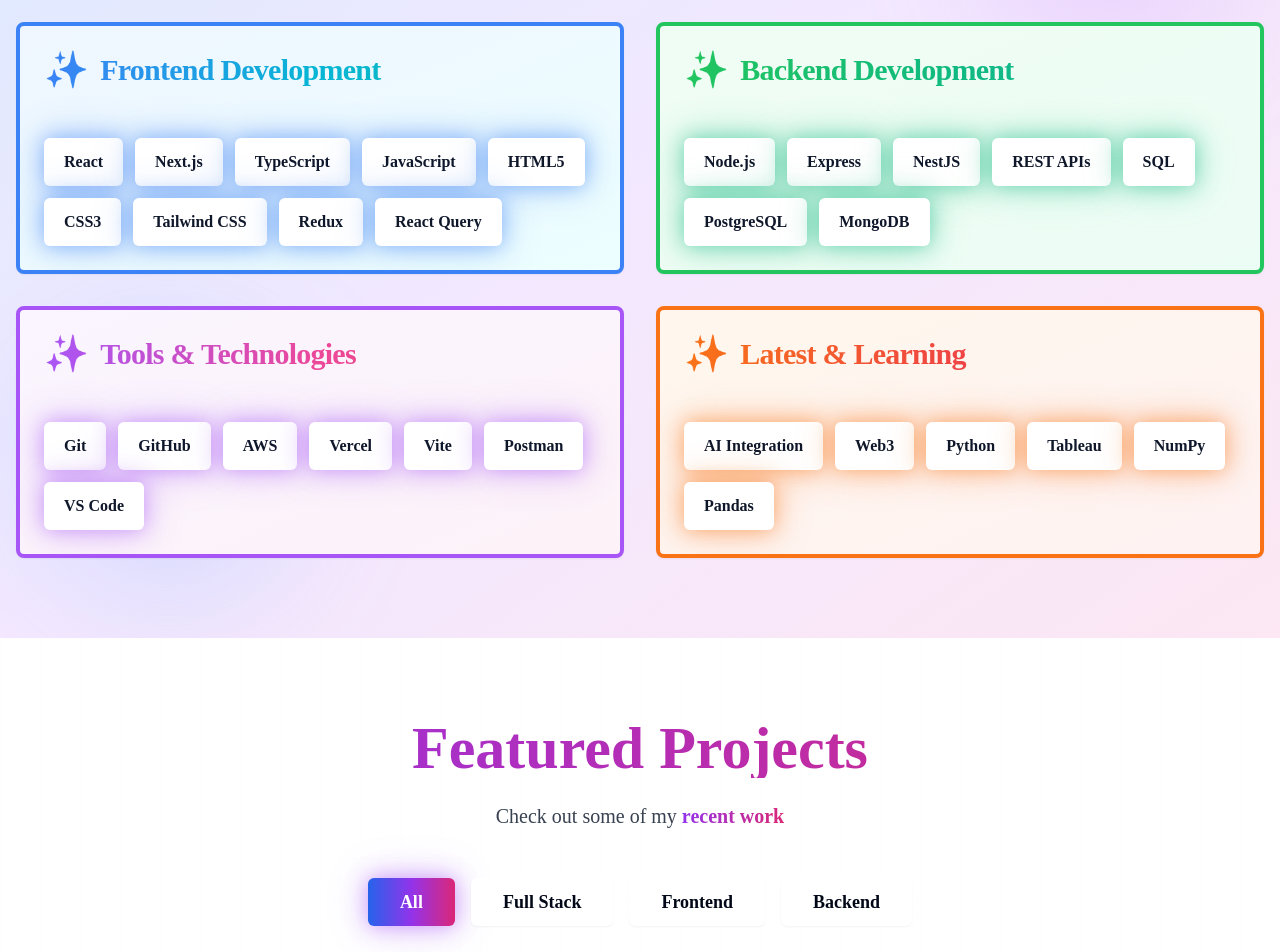
Repository: sm6746/PORTFOLIO
Page: /
An editor plug-in stored every save of this project. The page is shown before and after a run of saves, followed by the edit.
The browser window is 1280 px wide. The pictures show the part of the page from y = 1903 to 2855 px (the page is 8297 px tall).
The project was rebuilt for these pictures with package versions that can differ from the ones it lists, and the page was loaded fresh each time. Also part of the build but not shown: vite.config.ts.

Above is the page before, as saved 2025-11-06 21:18:02.

### index.html
<!DOCTYPE html>
<html lang="en">
  <head>
    <meta charset="UTF-8" />
    <link rel="icon" type="image/svg+xml" href="/favicon.svg" />
    <meta name="viewport" content="width=device-width, initial-scale=1.0" />
    <title>Portfolio</title>
  </head>
  <body>
    <div id="root"></div>
    <script type="module" src="/app/main.tsx"></script>
  </body>
</html>

### app/main.tsx
import React from 'react'
import ReactDOM from 'react-dom/client'
import App from './app'
import './globals.css'

ReactDOM.createRoot(document.getElementById('root')!).render(
  <React.StrictMode>
    <App />
  </React.StrictMode>,
)

### app/app.tsx
import { ThemeProvider } from '@/lib/theme-context';
import { Header } from '@/components/header';
import { HeroSection } from '@/components/hero-section';
import { AboutSection } from '@/components/about-section';
import { SkillsSection } from '@/components/skills-section';
import { ProjectsSection } from '@/components/projects-section';
import { ExperienceSection } from '@/components/experience-section';
import { CertificationsSection } from '@/components/certifications-section';
import { ContactSection } from '@/components/contact-section';
import { Footer } from '@/components/footer';
import { ScrollToTop } from '@/components/scroll-to-top';

function App() {
  return (
    <ThemeProvider>
      <div className="min-h-screen bg-white dark:bg-gray-900 transition-colors duration-300">
        <Header />
        <main>
          <HeroSection />
          <AboutSection />
          <SkillsSection />
          <ProjectsSection />
          <ExperienceSection />
          <CertificationsSection />
          <ContactSection />
        </main>
        <Footer />
        <ScrollToTop />
      </div>
    </ThemeProvider>
  );
}

export default App;

### app/globals.css
@tailwind base;
@tailwind components;
@tailwind utilities;

@layer base {
  :root {
    --background: 0 0% 100%;
    --foreground: 222.2 84% 4.9%;
    --card: 0 0% 100%;
    --card-foreground: 222.2 84% 4.9%;
    --popover: 0 0% 100%;
    --popover-foreground: 222.2 84% 4.9%;
    --primary: 221.2 83.2% 53.3%;
    --primary-foreground: 210 40% 98%;
    --secondary: 210 40% 96.1%;
    --secondary-foreground: 222.2 47.4% 11.2%;
    --muted: 210 40% 96.1%;
    --muted-foreground: 215.4 16.3% 46.9%;
    --accent: 210 40% 96.1%;
    --accent-foreground: 222.2 47.4% 11.2%;
    --destructive: 0 84.2% 60.2%;
    --destructive-foreground: 210 40% 98%;
    --border: 214.3 31.8% 91.4%;
    --input: 214.3 31.8% 91.4%;
    --ring: 221.2 83.2% 53.3%;
    --radius: 0.5rem;
  }

  .dark {
    --background: 222.2 84% 4.9%;
    --foreground: 210 40% 98%;
    --card: 222.2 84% 4.9%;
    --card-foreground: 210 40% 98%;
    --popover: 222.2 84% 4.9%;
    --popover-foreground: 210 40% 98%;
    --primary: 217.2 91.2% 59.8%;
    --primary-foreground: 222.2 47.4% 11.2%;
    --secondary: 217.2 32.6% 17.5%;
    --secondary-foreground: 210 40% 98%;
    --muted: 217.2 32.6% 17.5%;
    --muted-foreground: 215 20.2% 65.1%;
    --accent: 217.2 32.6% 17.5%;
    --accent-foreground: 210 40% 98%;
    --destructive: 0 62.8% 30.6%;
    --destructive-foreground: 210 40% 98%;
    --border: 217.2 32.6% 17.5%;
    --input: 217.2 32.6% 17.5%;
    --ring: 224.3 76.3% 48%;
  }
}

@layer base {
  * {
    @apply border-border;
  }
  body {
    @apply bg-background text-foreground;
  }
}

@layer utilities {
  .bg-grid-pattern {
    background-image: linear-gradient(to right, rgba(0, 0, 0, 0.1) 1px, transparent 1px),
      linear-gradient(to bottom, rgba(0, 0, 0, 0.1) 1px, transparent 1px);
    background-size: 20px 20px;
  }

  .glow-blue {
    box-shadow: 0 0 20px rgba(59, 130, 246, 0.5), 0 0 40px rgba(59, 130, 246, 0.3);
  }

  .glow-purple {
    box-shadow: 0 0 20px rgba(168, 85, 247, 0.5), 0 0 40px rgba(168, 85, 247, 0.3);
  }

  .glow-pink {
    box-shadow: 0 0 20px rgba(236, 72, 153, 0.5), 0 0 40px rgba(236, 72, 153, 0.3);
  }

  .glow-green {
    box-shadow: 0 0 20px rgba(16, 185, 129, 0.5), 0 0 40px rgba(16, 185, 129, 0.3);
  }

  .glow-orange {
    box-shadow: 0 0 20px rgba(249, 115, 22, 0.5), 0 0 40px rgba(249, 115, 22, 0.3);
  }

  @keyframes float {
    0%, 100% { transform: translateY(0px); }
    50% { transform: translateY(-20px); }
  }

  .animate-float {
    animation: float 3s ease-in-out infinite;
  }

  @keyframes gradient-shift {
    0%, 100% { background-position: 0% 50%; }
    50% { background-position: 100% 50%; }
  }

  .animate-gradient {
    background-size: 200% 200%;
    animation: gradient-shift 3s ease infinite;
  }

  @keyframes pulse-glow {
    0%, 100% { box-shadow: 0 0 20px rgba(59, 130, 246, 0.4), 0 0 40px rgba(168, 85, 247, 0.2); }
    50% { box-shadow: 0 0 30px rgba(59, 130, 246, 0.6), 0 0 60px rgba(168, 85, 247, 0.4); }
  }

  .animate-pulse-glow {
    animation: pulse-glow 2s ease-in-out infinite;
  }
}

### lib/theme-context.tsx
import React, { createContext, useContext, useEffect, useState } from 'react';

type Theme = 'light' | 'dark';

type ThemeContextType = {
  theme: Theme;
  toggleTheme: () => void;
};

const ThemeContext = createContext<ThemeContextType | undefined>(undefined);

export function ThemeProvider({ children }: { children: React.ReactNode }) {
  const [theme, setTheme] = useState<Theme>(() => {
    const stored = localStorage.getItem('portfolio-theme');
    return (stored as Theme) || 'light';
  });

  useEffect(() => {
    localStorage.setItem('portfolio-theme', theme);
    document.documentElement.classList.toggle('dark', theme === 'dark');
  }, [theme]);

  const toggleTheme = () => {
    setTheme(prev => (prev === 'light' ? 'dark' : 'light'));
  };

  return (
    <ThemeContext.Provider value={{ theme, toggleTheme }}>
      {children}
    </ThemeContext.Provider>
  );
}

export function useTheme() {
  const context = useContext(ThemeContext);
  if (!context) {
    throw new Error('useTheme must be used within ThemeProvider');
  }
  return context;
}

### components/skills-section.tsx
import { Badge } from '@/components/ui/badge';
import { Card, CardContent, CardHeader, CardTitle } from '@/components/ui/card';
import { useScrollAnimation } from '@/hooks/use-scroll-animation';

export function SkillsSection() {
  const { ref, isVisible } = useScrollAnimation();

  const skillCategories = [
    {
      title: 'Frontend Development',
      color: 'from-blue-500 via-cyan-500 to-teal-500',
      bgColor: 'bg-gradient-to-br from-blue-50 to-cyan-50 dark:from-blue-950/50 dark:to-cyan-950/50',
      borderColor: 'border-blue-500',
      glowClass: 'glow-blue',
      skills: [
        'React', 'Next.js', 'TypeScript', 'JavaScript', 'HTML5', 'CSS3',
        'Tailwind CSS', 'Redux', 'React Query'
      ],
    },
    {
      title: 'Backend Development',
      color: 'from-green-500 via-emerald-500 to-teal-500',
      bgColor: 'bg-gradient-to-br from-green-50 to-emerald-50 dark:from-green-950/50 dark:to-emerald-950/50',
      borderColor: 'border-green-500',
      glowClass: 'glow-green',
      skills: [
        'Node.js', 'Express', 'NestJS', 'REST APIs', 'SQL',
        'PostgreSQL', 'MongoDB'
      ],
    },
    {
      title: 'Tools & Technologies',
      color: 'from-purple-500 via-pink-500 to-rose-500',
      bgColor: 'bg-gradient-to-br from-purple-50 to-pink-50 dark:from-purple-950/50 dark:to-pink-950/50',
      borderColor: 'border-purple-500',
      glowClass: 'glow-purple',
      skills: [
        'Git', 'GitHub', 'AWS', 'Vercel',
         'Vite', 'Postman', 'VS Code'
      ],
    },
    {
      title: 'Latest & Learning',
      color: 'from-orange-500 via-red-500 to-pink-500',
      bgColor: 'bg-gradient-to-br from-orange-50 to-red-50 dark:from-orange-950/50 dark:to-red-950/50',
      borderColor: 'border-orange-500',
      glowClass: 'glow-orange',
      skills: [
        'AI Integration', 'Web3','Python', 'Tableau', 'NumPy', 'Pandas'
      ],
    },
  ];

  return (
    <section
      id="skills"
      ref={ref as React.RefObject<HTMLElement>}
      className="py-20 bg-gradient-to-br from-blue-100 via-purple-100 to-pink-100 dark:from-gray-800 dark:via-purple-900/10 dark:to-blue-900/10 relative overflow-hidden"
    >
      <div className="absolute top-10 right-10 w-64 h-64 bg-purple-400/20 rounded-full blur-3xl"></div>
      <div className="absolute bottom-10 left-10 w-64 h-64 bg-blue-400/20 rounded-full blur-3xl"></div>

      <div className="container mx-auto px-4 relative z-10">
        <div
          className={`transition-all duration-1000 ${
            isVisible ? 'opacity-100 translate-y-0' : 'opacity-0 translate-y-10'
          }`}
        >
          <h2 className="text-5xl md:text-6xl font-extrabold text-center mb-6 bg-gradient-to-r from-blue-600 via-purple-600 to-pink-600 dark:from-blue-400 dark:via-purple-400 dark:to-pink-400 bg-clip-text text-transparent animate-gradient">
            Technical Skills
          </h2>
          <p className="text-center text-gray-700 dark:text-gray-300 mb-16 text-xl font-medium">
            Modern technologies I work with to build <span className="text-transparent bg-clip-text bg-gradient-to-r from-blue-600 to-purple-600 font-bold">amazing applications</span>
          </p>

          <div className="grid md:grid-cols-2 gap-8">
            {skillCategories.map((category, index) => (
              <Card
                key={index}
                className={`group hover:shadow-2xl transition-all duration-500 transform hover:-translate-y-3 hover:scale-105 border-4 ${category.borderColor} ${category.bgColor} overflow-hidden ${
                  isVisible ? 'opacity-100 translate-y-0' : 'opacity-0 translate-y-10'
                }`}
                style={{ transitionDelay: `${index * 150}ms` }}
              >
                <div className={`absolute inset-0 bg-gradient-to-br ${category.color} opacity-0 group-hover:opacity-10 transition-opacity duration-500`}></div>
                <CardHeader className="relative">
                  <CardTitle className={`text-3xl font-bold bg-gradient-to-r ${category.color} bg-clip-text text-transparent flex items-center gap-3`}>
                    <span className="text-4xl">✨</span>
                    {category.title}
                  </CardTitle>
                </CardHeader>
                <CardContent className="p-6 relative">
                  <div className="flex flex-wrap gap-3">
                    {category.skills.map((skill, skillIndex) => (
                      <Badge
                        key={skillIndex}
                        variant="secondary"
                        className={`px-5 py-3 text-base font-bold hover:scale-125 transition-all duration-300 cursor-pointer bg-white dark:bg-gray-800 hover:shadow-2xl border-3 hover:border-current transform hover:-rotate-3 ${category.glowClass}`}
                      >
                        {skill}
                      </Badge>
                    ))}
                  </div>
                </CardContent>
              </Card>
            ))}
          </div>
        </div>
      </div>
    </section>
  );
}

### components/footer.tsx
import { Github, Linkedin, Mail, Twitter } from 'lucide-react';
import { Button } from '@/components/ui/button';

export function Footer() {
  return (
    <footer className="py-12 bg-gray-900 text-white">
      <div className="container mx-auto px-4">
        <div className="flex flex-col items-center gap-6">
          <div className="text-3xl font-bold bg-gradient-to-r from-blue-400 to-purple-400 bg-clip-text text-transparent">
            SHIVANI MEHRA
          </div>
          <p className="text-gray-400 text-center max-w-md">
            Building the future, one line of code at a time. Let's create something amazing together.
          </p>
          <div className="flex gap-4">
            <Button
              variant="ghost"
              size="icon"
              className="rounded-full hover:bg-blue-600/20 text-gray-300 hover:text-white transition-all"
            >
              <Github className="h-5 w-5" />
            </Button>
            <Button
              variant="ghost"
              size="icon"
              className="rounded-full hover:bg-blue-600/20 text-gray-300 hover:text-white transition-all"
            >
              <Linkedin className="h-5 w-5" />
            </Button>
            <Button
              variant="ghost"
              size="icon"
              className="rounded-full hover:bg-blue-600/20 text-gray-300 hover:text-white transition-all"
            >
              <Twitter className="h-5 w-5" />
            </Button>
            <Button
              variant="ghost"
              size="icon"
              className="rounded-full hover:bg-blue-600/20 text-gray-300 hover:text-white transition-all"
            >
              <Mail className="h-5 w-5" />
            </Button>
          </div>
          <div className="border-t border-gray-800 pt-6 w-full text-center">
            <p className="text-gray-500 text-sm">

            </p>
          </div>
        </div>
      </div>
    </footer>
  );
}

### components/scroll-to-top.tsx
import { Button } from '@/components/ui/button';
import { ArrowUp } from 'lucide-react';
import { useEffect, useState } from 'react';

export function ScrollToTop() {
  const [isVisible, setIsVisible] = useState(false);

  useEffect(() => {
    const toggleVisibility = () => {
      setIsVisible(window.scrollY > 500);
    };

    window.addEventListener('scroll', toggleVisibility);
    return () => window.removeEventListener('scroll', toggleVisibility);
  }, []);

  const scrollToTop = () => {
    window.scrollTo({ top: 0, behavior: 'smooth' });
  };

  if (!isVisible) return null;

  return (
    <Button
      onClick={scrollToTop}
      size="icon"
      className="fixed bottom-8 right-8 z-50 rounded-full shadow-lg bg-gradient-to-r from-blue-600 to-purple-600 hover:from-blue-700 hover:to-purple-700 animate-bounce"
    >
      <ArrowUp className="h-5 w-5" />
    </Button>
  );
}

### components/ui/button.tsx
import * as React from "react"
import { Slot } from "@radix-ui/react-slot"
import { cva, type VariantProps } from "class-variance-authority"

import { cn } from "@/lib/utlis"

const buttonVariants = cva(
  "inline-flex items-center justify-center gap-2 whitespace-nowrap rounded-md text-sm font-medium transition-colors focus-visible:outline-none focus-visible:ring-1 focus-visible:ring-ring disabled:pointer-events-none disabled:opacity-50 [&_svg]:pointer-events-none [&_svg]:size-4 [&_svg]:shrink-0",
  {
    variants: {
      variant: {
        default:
          "bg-primary text-primary-foreground shadow hover:bg-primary/90",
        destructive:
          "bg-destructive text-destructive-foreground shadow-sm hover:bg-destructive/90",
        outline:
          "border border-input bg-background shadow-sm hover:bg-accent hover:text-accent-foreground",
        secondary:
          "bg-secondary text-secondary-foreground shadow-sm hover:bg-secondary/80",
        ghost: "hover:bg-accent hover:text-accent-foreground",
        link: "text-primary underline-offset-4 hover:underline",
      },
      size: {
        default: "h-9 px-4 py-2",
        sm: "h-8 rounded-md px-3 text-xs",
        lg: "h-10 rounded-md px-8",
        icon: "h-9 w-9",
      },
    },
    defaultVariants: {
      variant: "default",
      size: "default",
    },
  }
)

export interface ButtonProps
  extends React.ButtonHTMLAttributes<HTMLButtonElement>,
    VariantProps<typeof buttonVariants> {
  asChild?: boolean
}

const Button = React.forwardRef<HTMLButtonElement, ButtonProps>(
  ({ className, variant, size, asChild = false, ...props }, ref) => {
    const Comp = asChild ? Slot : "button"
    return (
      <Comp
        className={cn(buttonVariants({ variant, size, className }))}
        ref={ref}
        {...props}
      />
    )
  }
)
Button.displayName = "Button"

export { Button, buttonVariants }

### hooks/use-scroll-animation.ts
import { useEffect, useRef, useState } from 'react';

export function useScrollAnimation() {
  const ref = useRef<HTMLElement>(null);
  const [isVisible, setIsVisible] = useState(false);

  useEffect(() => {
    const observer = new IntersectionObserver(
      ([entry]) => {
        if (entry.isIntersecting) {
          setIsVisible(true);
        }
      },
      { threshold: 0.1 }
    );

    if (ref.current) {
      observer.observe(ref.current);
    }

    return () => {
      if (ref.current) {
        observer.unobserve(ref.current);
      }
    };
  }, []);

  return { ref, isVisible };
}

### components/ui/card.tsx
import * as React from "react"

import { cn } from "@/lib/utlis"

const Card = React.forwardRef<
  HTMLDivElement,
  React.HTMLAttributes<HTMLDivElement>
>(({ className, ...props }, ref) => (
  <div
    ref={ref}
    className={cn(
      "rounded-lg border bg-card text-card-foreground shadow-sm",
      className,
    )}
    {...props}
  />
))
Card.displayName = "Card"

const CardHeader = React.forwardRef<
  HTMLDivElement,
  React.HTMLAttributes<HTMLDivElement>
>(({ className, ...props }, ref) => (
  <div
    ref={ref}
    className={cn("flex flex-col space-y-1.5 p-6", className)}
    {...props}
  />
))
CardHeader.displayName = "CardHeader"

const CardTitle = React.forwardRef<
  HTMLParagraphElement,
  React.HTMLAttributes<HTMLHeadingElement>
>(({ className, ...props }, ref) => (
  <h3
    ref={ref}
    className={cn(
      "text-2xl font-semibold leading-none tracking-tight",
      className,
    )}
    {...props}
  />
))
CardTitle.displayName = "CardTitle"

const CardDescription = React.forwardRef<
  HTMLParagraphElement,
  React.HTMLAttributes<HTMLParagraphElement>
>(({ className, ...props }, ref) => (
  <p
    ref={ref}
    className={cn("text-sm text-muted-foreground", className)}
    {...props}
  />
))
CardDescription.displayName = "CardDescription"

const CardContent = React.forwardRef<
  HTMLDivElement,
  React.HTMLAttributes<HTMLDivElement>
>(({ className, ...props }, ref) => (
  <div ref={ref} className={cn("p-6 pt-0", className)} {...props} />
))
CardContent.displayName = "CardContent"

const CardFooter = React.forwardRef<
  HTMLDivElement,
  React.HTMLAttributes<HTMLDivElement>
>(({ className, ...props }, ref) => (
  <div
    ref={ref}
    className={cn("flex items-center p-6 pt-0", className)}
    {...props}
  />
))
CardFooter.displayName = "CardFooter"

export { Card, CardHeader, CardFooter, CardTitle, CardDescription, CardContent }

### components/ui/badge.tsx
import * as React from "react"
import { cva, type VariantProps } from "class-variance-authority"

import { cn } from "@/lib/utlis"

const badgeVariants = cva(
  "inline-flex items-center rounded-md border px-2.5 py-0.5 text-xs font-semibold transition-colors focus:outline-none focus:ring-2 focus:ring-ring focus:ring-offset-2",
  {
    variants: {
      variant: {
        default:
          "border-transparent bg-primary text-primary-foreground shadow hover:bg-primary/80",
        secondary:
          "border-transparent bg-secondary text-secondary-foreground hover:bg-secondary/80",
        destructive:
          "border-transparent bg-destructive text-destructive-foreground shadow hover:bg-destructive/80",
        outline: "text-foreground",
      },
    },
    defaultVariants: {
      variant: "default",
    },
  }
)

export interface BadgeProps
  extends React.HTMLAttributes<HTMLDivElement>,
    VariantProps<typeof badgeVariants> {}

function Badge({ className, variant, ...props }: BadgeProps) {
  return (
    <div className={cn(badgeVariants({ variant }), className)} {...props} />
  )
}

export { Badge, badgeVariants }

### components/ui/input.tsx
import * as React from "react"

import { cn } from "@/lib/utlis"

const Input = React.forwardRef<HTMLInputElement, React.ComponentProps<"input">>(
  ({ className, type, ...props }, ref) => {
    return (
      <input
        type={type}
        className={cn(
          "flex h-9 w-full rounded-md border border-input bg-transparent px-3 py-1 text-base shadow-sm transition-colors file:border-0 file:bg-transparent file:text-sm file:font-medium file:text-foreground placeholder:text-muted-foreground focus-visible:outline-none focus-visible:ring-1 focus-visible:ring-ring disabled:cursor-not-allowed disabled:opacity-50 md:text-sm",
          className
        )}
        ref={ref}
        {...props}
      />
    )
  }
)
Input.displayName = "Input"

export { Input }

### components/ui/textarea.tsx
import * as React from "react"

import { cn } from "@/lib/utlis"

const Textarea = React.forwardRef<
  HTMLTextAreaElement,
  React.ComponentProps<"textarea">
>(({ className, ...props }, ref) => {
  return (
    <textarea
      className={cn(
        "flex min-h-[60px] w-full rounded-md border border-input bg-transparent px-3 py-2 text-base shadow-sm placeholder:text-muted-foreground focus-visible:outline-none focus-visible:ring-1 focus-visible:ring-ring disabled:cursor-not-allowed disabled:opacity-50 md:text-sm",
        className
      )}
      ref={ref}
      {...props}
    />
  )
})
Textarea.displayName = "Textarea"

export { Textarea }

Loaded but not shown: lib/utlis.tsx (common file); tailwind.config.js (62 lines, source omitted); components/projects-section.tsx (180 lines, source omitted); components/contact-section.tsx (144 lines, source omitted); components/experience-section.tsx (143 lines, source omitted); components/certifications-section.tsx (150 lines, source omitted); components/about-section.tsx (79 lines, source omitted); components/hero-section.tsx (100 lines, source omitted); components/header.tsx (82 lines, source omitted)

After the next 2 saves:
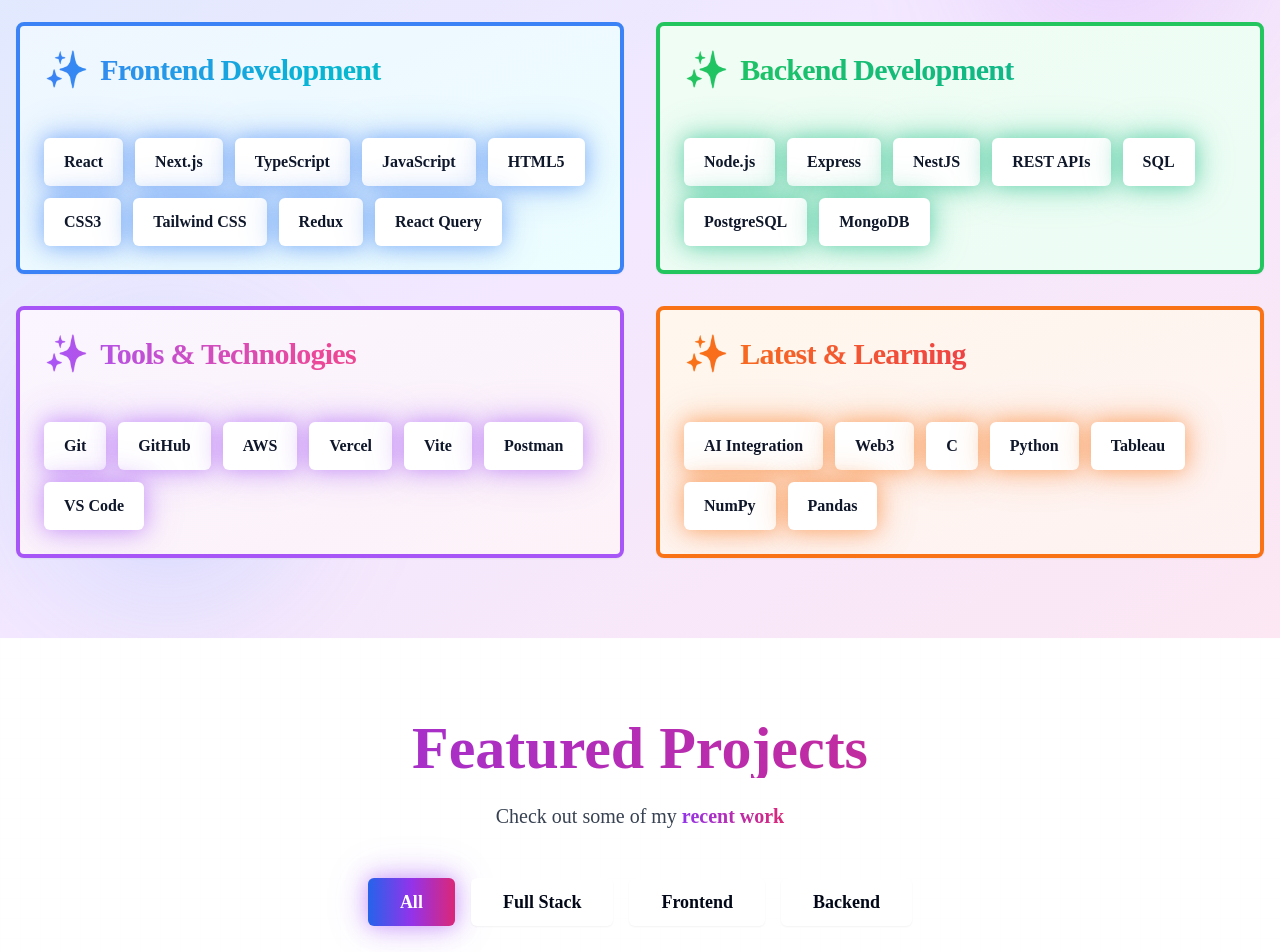
The 2 saves are shown as one change because 1 did not build or start.
The last was saved 38 s later.
--- a/components/skills-section.tsx
+++ b/components/skills-section.tsx
@@ -46,7 +46,7 @@
       borderColor: 'border-orange-500',
       glowClass: 'glow-orange',
       skills: [
-        'AI Integration', 'Web3','Python', 'Tableau', 'NumPy', 'Pandas'
+        'AI Integration', 'Web3', 'C' , 'Python', 'Tableau', 'NumPy', 'Pandas'
       ],
     },
   ];
